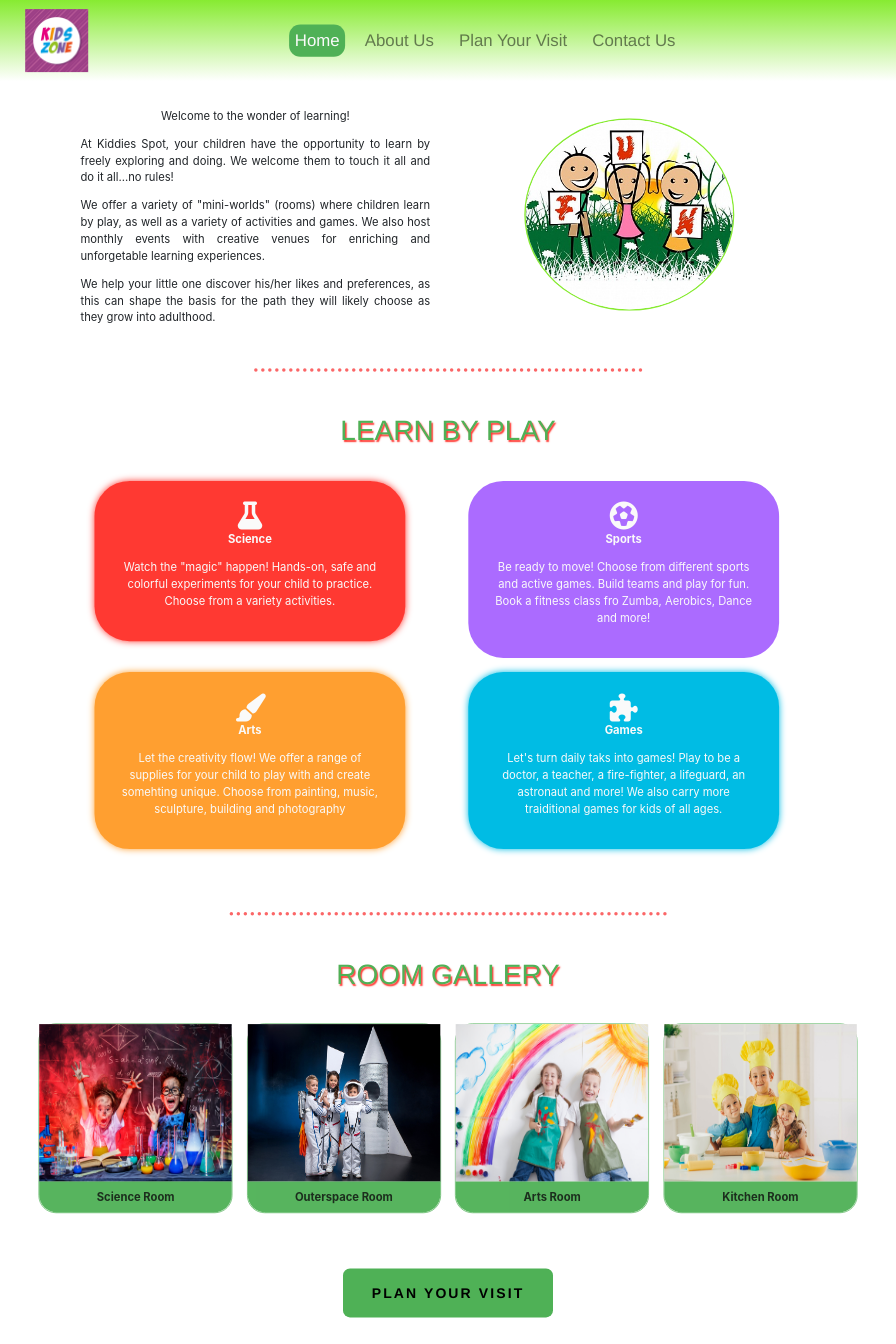
Repository: Code-Institute-Submissions/my-first-interactive-frontend-milestone-project
Page: index.html
The author's editor kept a record of every edit. The page is drawn from the files as they stood at one moment, then again after the next edit.
The browser window is 1280 px wide. The pictures show the part of the page from y = 0 to 1920 px (the page is 2620 px tall before and 3168 px after), at 70% of full size.
Some web fonts or font styles are not loaded; a fallback is used. Some web libraries are served in a nearby version.

Above is the page before.

After the next edit:
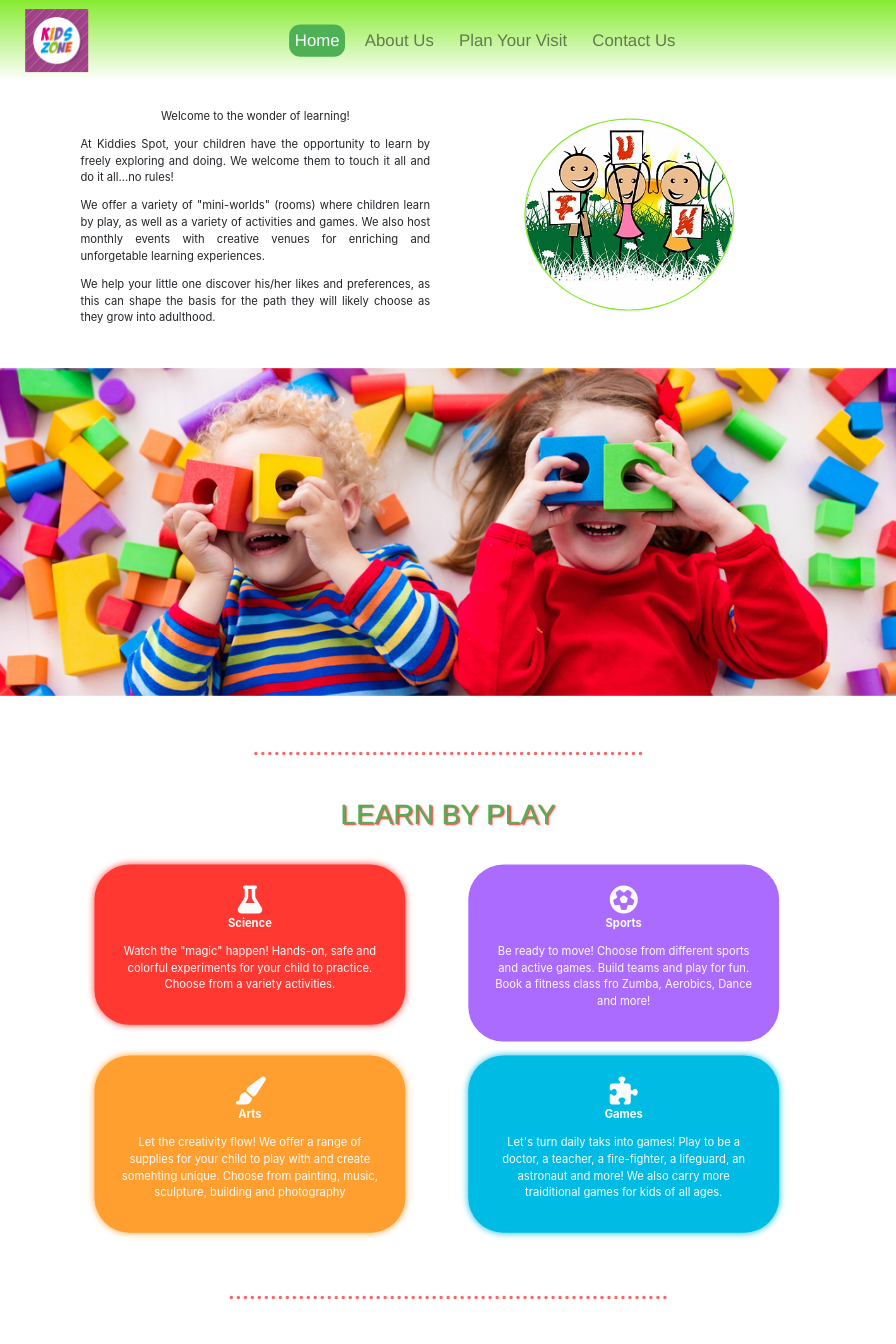
The edit:
--- a/index.html
+++ b/index.html
@@ -74,7 +74,7 @@
         </div>
         <div class="container-fluid">
             <div class="row">
-                <div class="col-12 banner-center"></div>
+                <div class="col-12 home-banner-center"></div>
             </div>
         </div>
 
